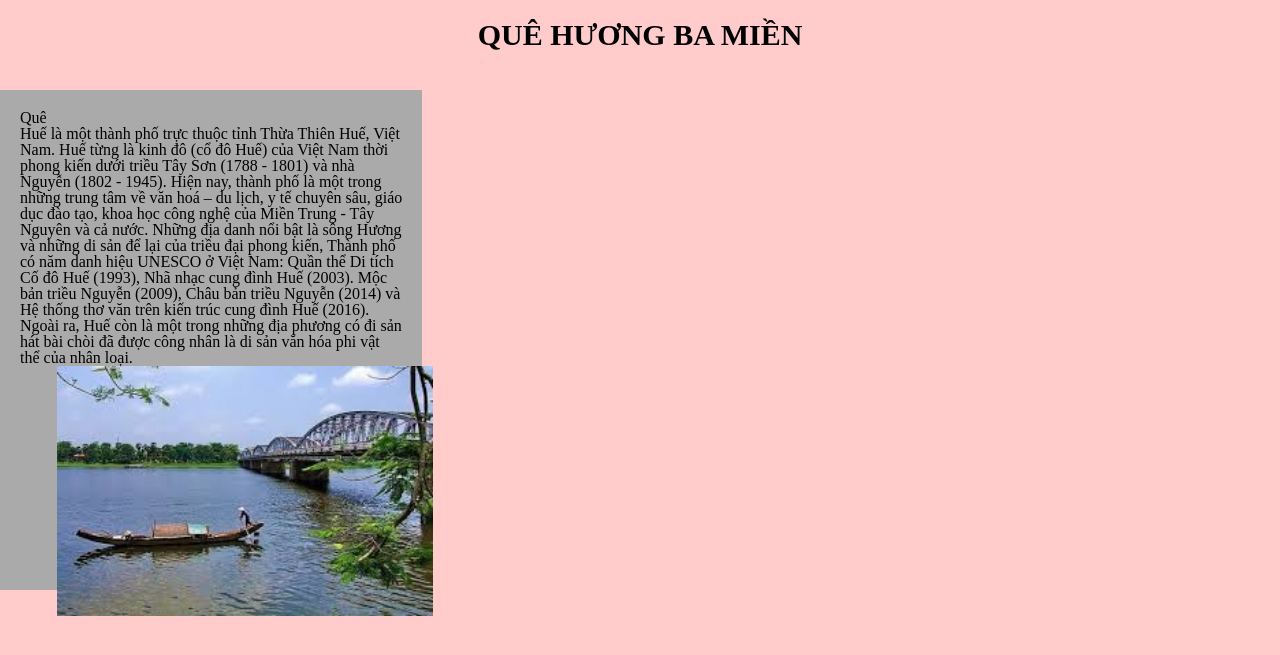
Repository: Tan-Khang21/TH_TKW--Buoi_06
Page: Bai_Tap_Tren_lop/Bai_02/LayoutCSS2.html
These files come from the project's save history. The page is drawn as it stood at one moment and after the next save; the edit follows.
The browser window is 1280 px wide. The pictures show the whole page.

Above is the page before, as saved 2024-03-11 20:22:46.

After the next save:
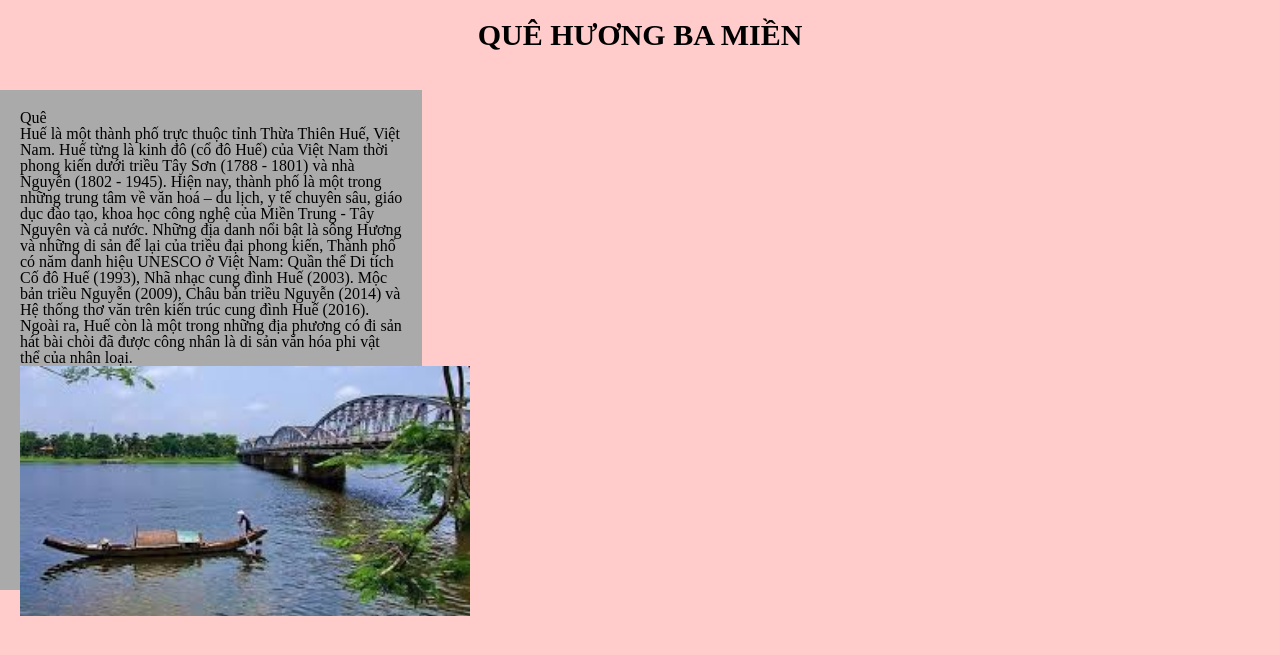
Saved 28 s later.
--- a/Bai_Tap_Tren_lop/Bai_02/style.css
+++ b/Bai_Tap_Tren_lop/Bai_02/style.css
@@ -25,5 +25,5 @@ body {
 .images img {
   width: 100%;
   height: 100%;
-  object-fit: contain;
+  object-fit: cover;
 }
